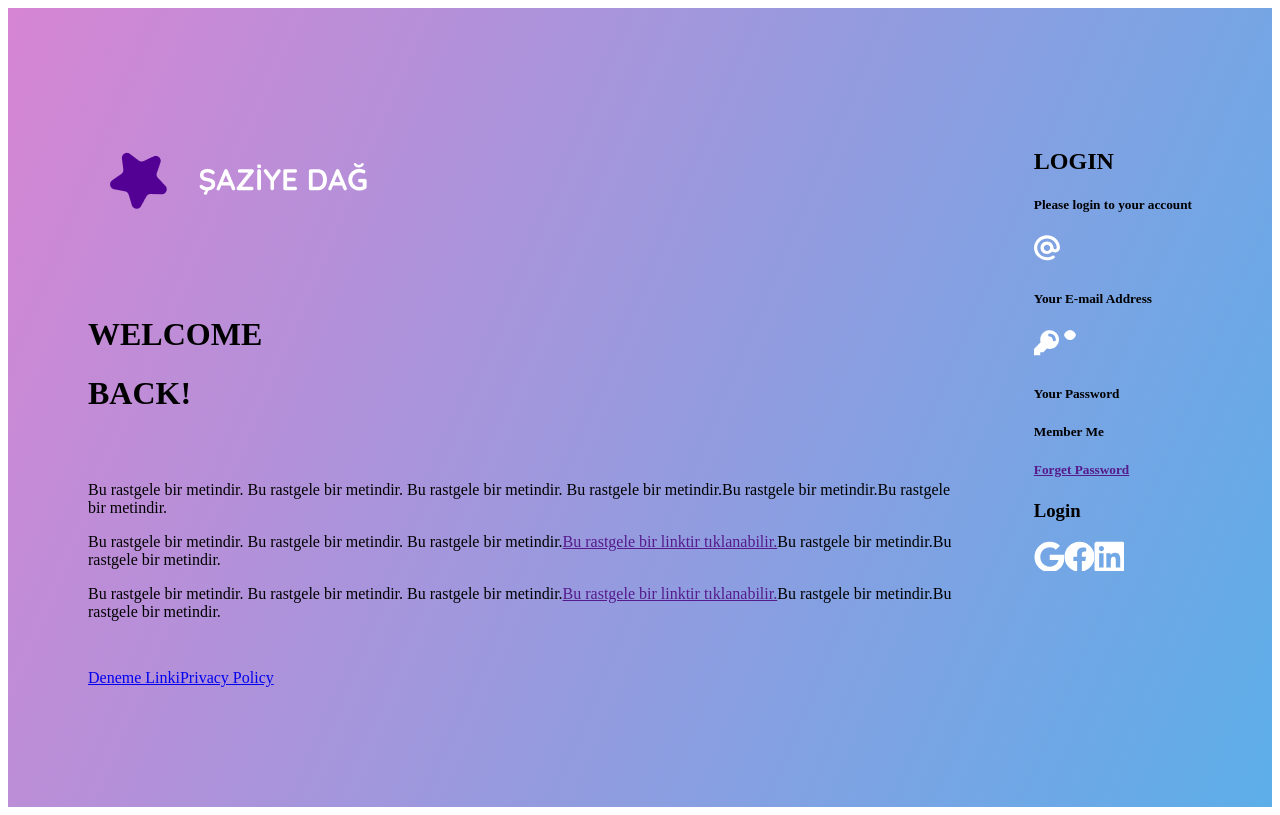
Repository: szydag/login
Page: /
An editor plug-in stored every save of this project. The page is shown before and after the next save, followed by the edit.
The browser window is 1280 px wide. The pictures show the whole page.
The project was rebuilt for these pictures with package versions that can differ from the ones it lists, and the page was loaded fresh each time. Also part of the build but not shown: src/assets/svgr/unhiddenIcon/index.js.

Above is the page before, as saved 2023-10-22 19:50:51.

After the next save:
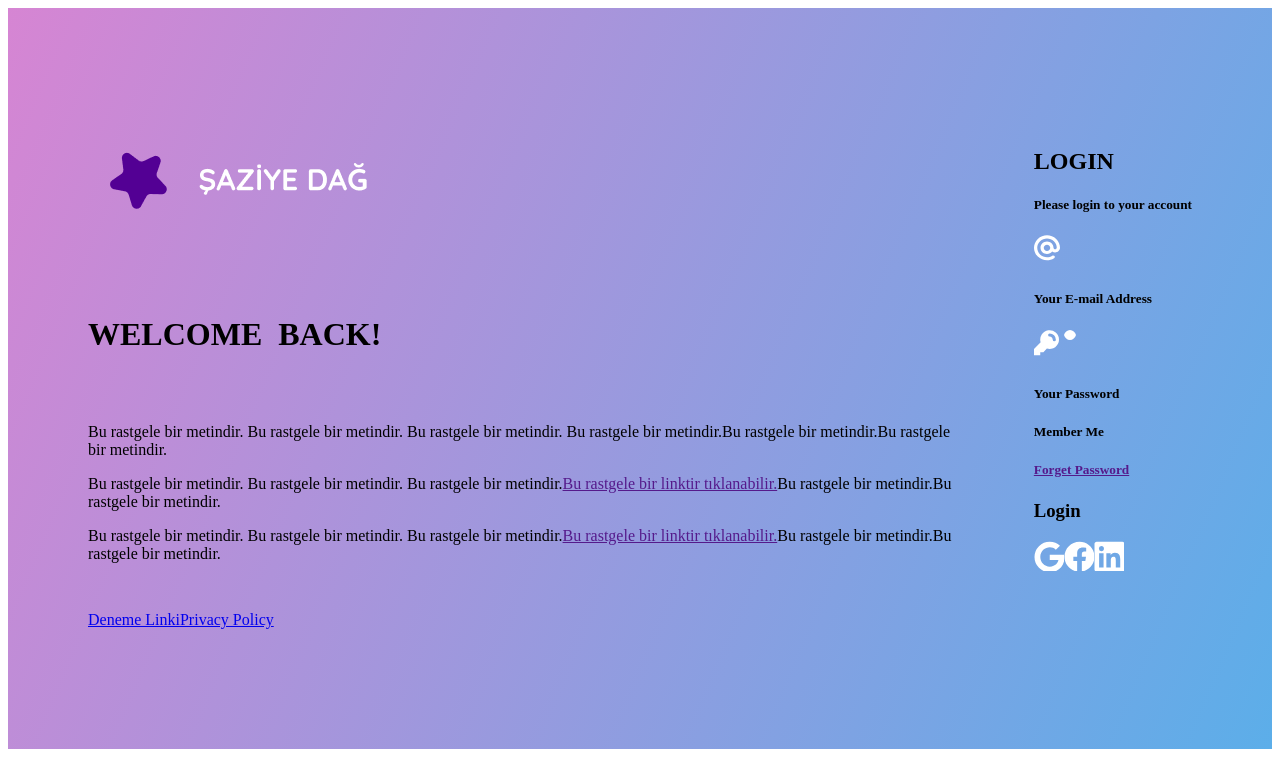
Saved 35 s later.
--- a/src/app/pages/login/style.js
+++ b/src/app/pages/login/style.js
@@ -31,6 +31,9 @@ const useStyles = createUseStyles({
         alignSelf: 'stretch',
     },
     title: {
+        display: 'flex',
+        alignItems: 'flex-start',
+        gap: '16px',
     },
     contentText: {
     },
